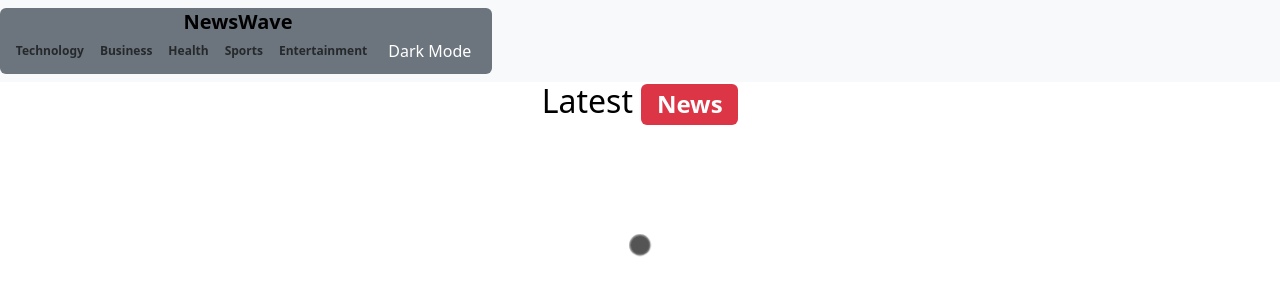
Repository: PranjalTripathi2003/news-wave
Page: /
The author's editor kept a copy of each file at every save. The page is drawn from the files as they stood at one save, then again after the next save.
The browser window is 1280 px wide. The pictures show the whole page.
The page's requests for data from a server got no answer. The project was rebuilt for these pictures with package versions that can differ from the ones it lists, and the page was loaded fresh each time. No one was signed in, and anything a server would have sent is missing. Also part of the build but not shown: vite.config.js, src/styles/NewsItem.css, src/components/NewsItem.jsx.

Above is the page before, as saved 2024-07-26 20:34:58.

After the next save:
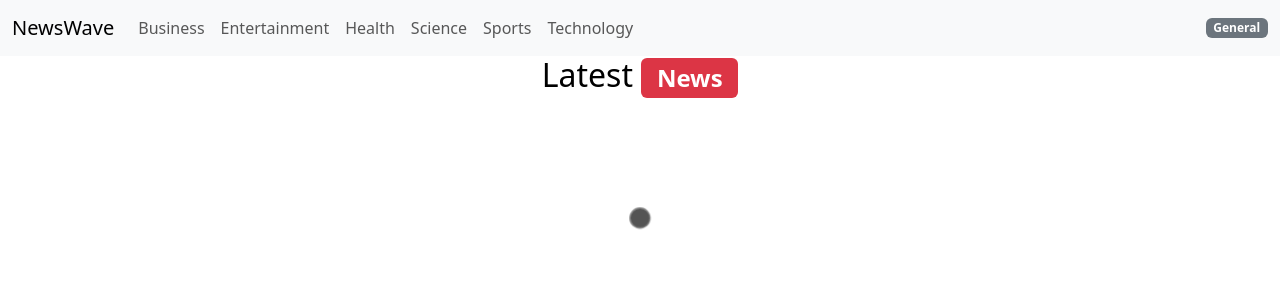
Saved 41 s later.
--- a/src/components/Navbar.jsx
+++ b/src/components/Navbar.jsx
@@ -1,14 +1,10 @@
 import React from "react";
-import "../styles/Navbar.css"; // Adjust the path as necessary
+import "../styles/Navbar.css";
 
-const Navbar = ({ setCategory, toggleDarkMode, darkMode }) => {
+const Navbar = ({ setCategory }) => {
   return (
-    <nav
-      className={`navbar navbar-expand-lg ${
-        darkMode ? "navbar-dark bg-dark" : "navbar-light bg-light"
-      }`}
-    >
-      <div className="badge text-bg-secondary">
+    <nav className="navbar navbar-expand-lg navbar-light bg-light">
+      <div className="container-fluid">
         <a className="navbar-brand" onClick={() => setCategory("general")}>
           NewsWave
         </a>
@@ -24,45 +20,46 @@
           <span className="navbar-toggler-icon"></span>
         </button>
         <div className="collapse navbar-collapse" id="navbarNav">
-          <ul className="navbar-nav">
+          <ul className="navbar-nav me-auto mb-2 mb-lg-0">
             <li className="nav-item">
-              <div
-                className="nav-link"
-                onClick={() => setCategory("technology")}
-              >
-                Technology
-              </div>
+              <a className="nav-link" onClick={() => setCategory("business")}>
+                Business
+              </a>
             </li>
             <li className="nav-item">
-              <div className="nav-link" onClick={() => setCategory("business")}>
-                Business
-              </div>
-            </li>
-            <li className="nav-item">
-              <div className="nav-link" onClick={() => setCategory("health")}>
-                Health
-              </div>
-            </li>
-            <li className="nav-item">
-              <div className="nav-link" onClick={() => setCategory("sports")}>
-                Sports
-              </div>
-            </li>
-            <li className="nav-item">
-              <div
+              <a
                 className="nav-link"
                 onClick={() => setCategory("entertainment")}
               >
                 Entertainment
-              </div>
+              </a>
+            </li>
+            <li className="nav-item">
+              <a className="nav-link" onClick={() => setCategory("health")}>
+                Health
+              </a>
+            </li>
+            <li className="nav-item">
+              <a className="nav-link" onClick={() => setCategory("science")}>
+                Science
+              </a>
+            </li>
+            <li className="nav-item">
+              <a className="nav-link" onClick={() => setCategory("sports")}>
+                Sports
+              </a>
+            </li>
+            <li className="nav-item">
+              <a className="nav-link" onClick={() => setCategory("technology")}>
+                Technology
+              </a>
             </li>
           </ul>
-          <button
-            className="btn btn-secondary ms-auto"
-            onClick={toggleDarkMode}
-          >
-            {darkMode ? "Light Mode" : "Dark Mode"}
-          </button>
+          <div className="badge text-bg-secondary">
+            <a className="nav-link" onClick={() => setCategory("general")}>
+              General
+            </a>
+          </div>
         </div>
       </div>
     </nav>

After the 5 saves that followed:
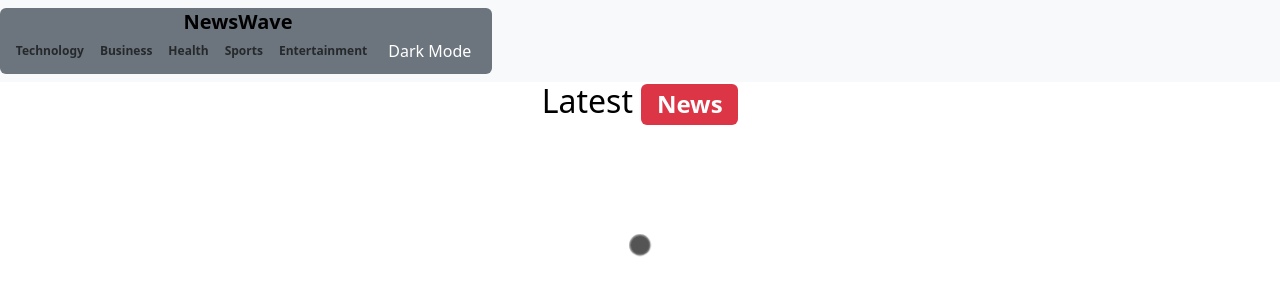
The 5 saves are shown as one change because 4 left the picture as it was.
The last was saved 98 s later.
--- a/src/components/Navbar.jsx
+++ b/src/components/Navbar.jsx
@@ -1,10 +1,14 @@
 import React from "react";
-import "../styles/Navbar.css";
+import "../styles/Navbar.css"; // Adjust the path as necessary
 
-const Navbar = ({ setCategory }) => {
+const Navbar = ({ setCategory, toggleDarkMode, darkMode }) => {
   return (
-    <nav className="navbar navbar-expand-lg navbar-light bg-light">
-      <div className="container-fluid">
+    <nav
+      className={`navbar navbar-expand-lg ${
+        darkMode ? "navbar-dark bg-dark" : "navbar-light bg-light"
+      }`}
+    >
+      <div className="badge text-bg-secondary">
         <a className="navbar-brand" onClick={() => setCategory("general")}>
           NewsWave
         </a>
@@ -20,46 +24,45 @@
           <span className="navbar-toggler-icon"></span>
         </button>
         <div className="collapse navbar-collapse" id="navbarNav">
-          <ul className="navbar-nav me-auto mb-2 mb-lg-0">
+          <ul className="navbar-nav">
             <li className="nav-item">
-              <a className="nav-link" onClick={() => setCategory("business")}>
-                Business
-              </a>
+              <div
+                className="nav-link"
+                onClick={() => setCategory("technology")}
+              >
+                Technology
+              </div>
             </li>
             <li className="nav-item">
-              <a
+              <div className="nav-link" onClick={() => setCategory("business")}>
+                Business
+              </div>
+            </li>
+            <li className="nav-item">
+              <div className="nav-link" onClick={() => setCategory("health")}>
+                Health
+              </div>
+            </li>
+            <li className="nav-item">
+              <div className="nav-link" onClick={() => setCategory("sports")}>
+                Sports
+              </div>
+            </li>
+            <li className="nav-item">
+              <div
                 className="nav-link"
                 onClick={() => setCategory("entertainment")}
               >
                 Entertainment
-              </a>
-            </li>
-            <li className="nav-item">
-              <a className="nav-link" onClick={() => setCategory("health")}>
-                Health
-              </a>
-            </li>
-            <li className="nav-item">
-              <a className="nav-link" onClick={() => setCategory("science")}>
-                Science
-              </a>
-            </li>
-            <li className="nav-item">
-              <a className="nav-link" onClick={() => setCategory("sports")}>
-                Sports
-              </a>
-            </li>
-            <li className="nav-item">
-              <a className="nav-link" onClick={() => setCategory("technology")}>
-                Technology
-              </a>
+              </div>
             </li>
           </ul>
-          <div className="badge text-bg-secondary">
-            <a className="nav-link" onClick={() => setCategory("general")}>
-              General
-            </a>
-          </div>
+          <button
+            className="btn btn-secondary ms-auto"
+            onClick={toggleDarkMode}
+          >
+            {darkMode ? "Light Mode" : "Dark Mode"}
+          </button>
         </div>
       </div>
     </nav>
--- a/src/styles/Navbar.css
+++ b/src/styles/Navbar.css
@@ -1,6 +1,5 @@
 /* Navbar.css */
 .nav-link,
-.badge,
-.text-bg-secondary {
+.container-fluid {
   cursor: pointer;
 }
